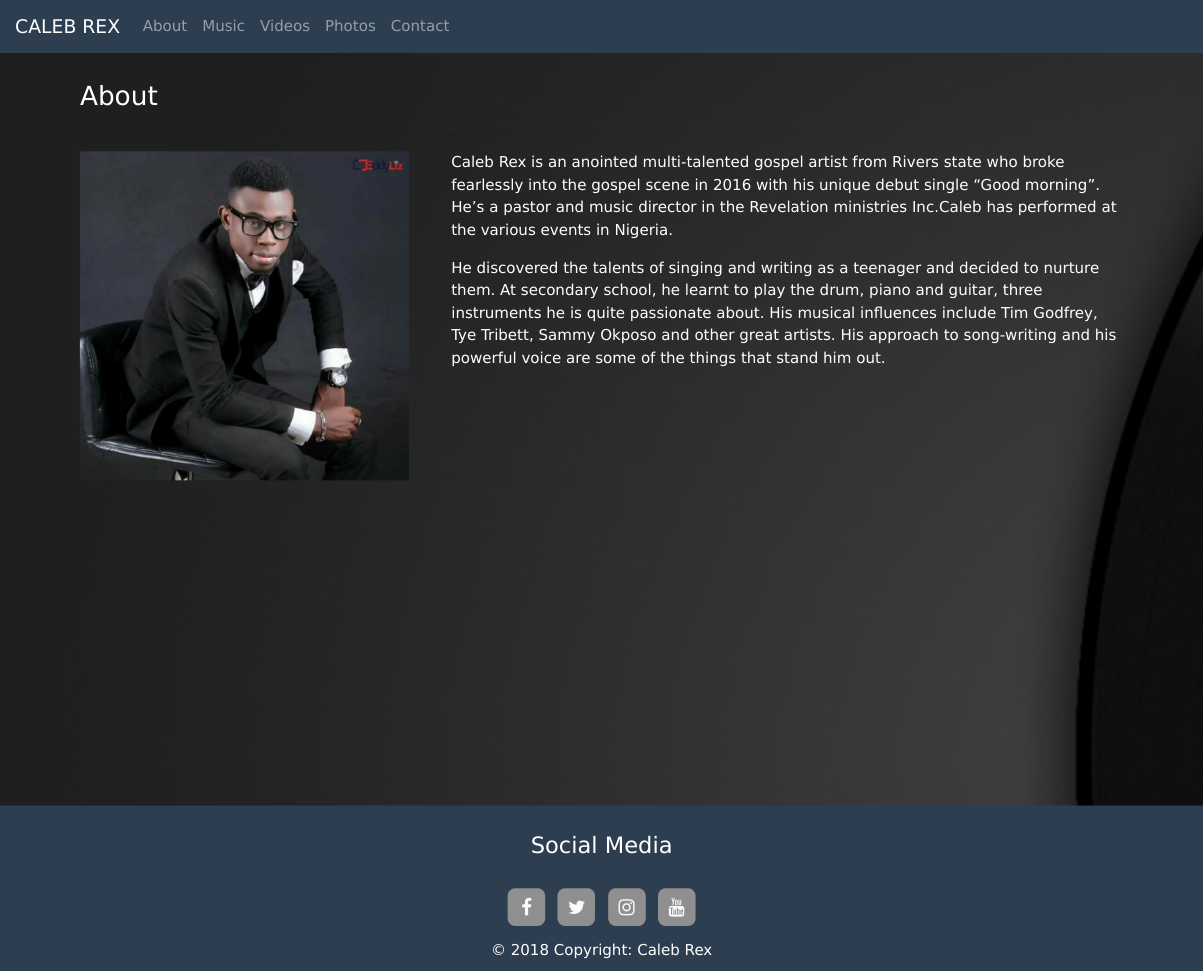
Repository: IchaTreasure/caleb-rex
Page: about.html
The author's editor kept a record of every edit. The page is drawn from the files as they stood at one moment, then again after the next edit.
The browser window is 1280 px wide. The pictures show the whole page, at 94% of full size.
Some web libraries are served in a nearby version.

Above is the page before.

### about.html
<!DOCTYPE html>
<html lang="en">

<head>
  <meta charset="UTF-8">
  <meta name="viewport" content="width=device-width, initial-scale=1.0">
  <meta http-equiv="X-UA-Compatible" content="ie=edge">
  <link rel="stylesheet" href="https://maxcdn.bootstrapcdn.com/bootstrap/4.1.3/css/bootstrap.min.css">
  <link rel="stylesheet" href="https://use.fontawesome.com/releases/v5.6.1/css/all.css" integrity="sha384-gfdkjb5BdAXd+lj+gudLWI+BXq4IuLW5IT+brZEZsLFm++aCMlF1V92rMkPaX4PP" crossorigin="anonymous">
  <link rel="stylesheet" href="https://stackpath.bootstrapcdn.com/bootstrap/4.3.1/css/bootstrap.min.css" type="text/css" />
  <link rel="stylesheet" href="https://stackpath.bootstrapcdn.com/font-awesome/4.7.0/css/font-awesome.min.css" type="text/css" />
  <link rel="stylesheet" href="https://cdnjs.cloudflare.com/ajax/libs/hover.css/2.3.1/css/hover-min.css" type="text/css" />
  <link href="https://fonts.googleapis.com/css?family=Roboto:400,700" rel="stylesheet">
  <link rel="stylesheet" href="css/style.css" type="text/css" />
  <title>Caleb Rex</title>
</head>

<body style="background-color: #2c3e50; background-image: url('images/photos-page.png'); Width: 100%;">
  <!-- ------------------------------------------------------------------------------------------------------Navigation Bar -->
  <nav class="navbar navbar-expand-md navbar-dark fixed-top" style="background-color: #2c3e50">
    <a class="navbar-brand" href="index.html">CALEB REX</a>
    <button class="navbar-toggler" type="button" data-toggle="collapse" data-target="#navbarsExampleDefault" aria-controls="navbarsExampleDefault" aria-expanded="false" aria-label="Toggle navigation">
    <span class="navbar-toggler-icon"></span>
  </button>

    <div class="collapse navbar-collapse" id="navbarsExampleDefault">
      <ul class="navbar-nav mr-auto">
        <li class="nav-item right" data-toggle="collapse" data-target=".navbar-collapse.show">
          <a class="nav-link" href="about.html" class='active-page'>About</a>
        </li>
        <li class="nav-item right" data-toggle="collapse" data-target=".navbar-collapse.show">
          <a class="nav-link" href="music.html">Music</a>
        </li>
        <li class="nav-item right" data-toggle="collapse" data-target=".navbar-collapse.show">
          <a class="nav-link" href="videos.html">Videos</a>
        </li>
        <li class="nav-item right" data-toggle="collapse" data-target=".navbar-collapse.show">
          <a class="nav-link" href="photos.html">Photos</a>
        </li>
        <li class="nav-item right" data-toggle="collapse" data-target=".navbar-collapse.show">
          <a class="nav-link" href="contact.html">Contact</a>
        </li>
      </ul>
    </div>
  </nav>


  <!-- About section -->
  <section style="background-color: #bc3636; background-image: url('images/photos-page.png'); Width: 100%;">
    <section>
    <!-- Page Content -->
    <div class="container" Style="padding-top: 30px">
      <div class="row">
        <h3 style="padding-left: 15px">About</h3>
      </div>
      <hr>
      <div class="row">
        <div class="col-md-4 mb-5">
          <img src="images/About-Caleb.jpg" Style="width: 100%"></img>
        </div>
        <div class="col-md-8 mb-5" Style="padding-left: 30px; padding-bottom: 400px;">
          <p>Caleb Rex is an anointed multi-talented gospel artist from Rivers state who broke fearlessly into the gospel scene in 2016 with his unique debut single “Good morning”. He’s a pastor and music director in the Revelation ministries Inc.Caleb has
            performed at the various events in Nigeria.</p>

          <p>He discovered the talents of singing and writing as a teenager and decided to nurture them. At secondary school, he learnt to play the drum, piano and guitar, three instruments he is quite passionate about. His musical influences include Tim
            Godfrey, Tye Tribett, Sammy Okposo and other great artists. His approach to song-writing and his powerful voice are some of the things that stand him out.</p>

        </div>
      </div>
    </div>
  </section>

  <!-- Footer -->
  <footer class="py-1" style="background-color: #2c3e50; text-align: center;">
    <div class="container">
      <br>
      <h4 style = "color: white">Social Media</h4>
      <br>
      <ul class="list-inline social-links">
        <li class="list-inline-item">
          <a target="_blank" href="https://www.facebook.com/caleb.rex.96"><i class = " fa fa-facebook" aria-hidden="true"></i><span class = "sr-only">Facebook</span></a>
        </li>
        <li class="list-inline-item">
          <a target="_blank" href="https://twitter.com/calebrex01"><i class = " fa fa-twitter" aria-hidden="true"></i><span class = "sr-only">Twitter</span></a>
        </li>
        <li class="list-inline-item">
          <a target="_blank" href="https://www.instagram.com/caleb.rex01/"><i class = " fa fa-instagram" aria-hidden="true"></i><span class = "sr-only">Instagram</span></a>
        </li>
        <li class="list-inline-item">
          <a target="_blank" href="https://www.youtube.com/channel/UC_B7e65upco510Sio9dZJhg"><i class = " fa fa-youtube" aria-hidden="true"></i><span class = "sr-only">Youtube</span></a>
        </li>
      </ul>
    </div>

    <h6 style="text-align: center; color: white;">© 2018 Copyright: Caleb Rex</h6>
    <!-- /.container -->
  </footer>
  <!-- Bootstrap core JavaScript -->
  <script src="https://code.jquery.com/jquery-3.3.1.slim.min.js" integrity="sha384-q8i/X+965DzO0rT7abK41JStQIAqVgRVzpbzo5smXKp4YfRvH+8abtTE1Pi6jizo" crossorigin="anonymous"></script>
  <script src="https://cdnjs.cloudflare.com/ajax/libs/popper.js/1.14.7/umd/popper.min.js" integrity="sha384-UO2eT0CpHqdSJQ6hJty5KVphtPhzWj9WO1clHTMGa3JDZwrnQq4sF86dIHNDz0W1" crossorigin="anonymous"></script>
  <script src="https://stackpath.bootstrapcdn.com/bootstrap/4.3.1/js/bootstrap.min.js" integrity="sha384-JjSmVgyd0p3pXB1rRibZUAYoIIy6OrQ6VrjIEaFf/nJGzIxFDsf4x0xIM+B07jRM" crossorigin="anonymous"></script>

</body>

</html>

### css/style.css
/*---------------------------- css for body */
body {
  font-family: 'Lucida Grande', sans-serif;
  padding-top: 56px;
}

ul li a .active-page
{
  background-color:black;
}

p{
	color: white;
}

h1, h2, h3, h4, h5, h6 {
	color: white;
}

label{
	color: white;
}

/*----------------------------------------- Modal Styling */
.modal-body{
    color: #615650;
    text-align: center;
}

.modal-content{
    background-color: #dbc7bd;
    padding: 20px;
}

.img-hover:hover{
    cursor: pointer;
    opacity: 0.6;
    transition: all 0.35s ease-in-out;
    -moz-transition: all 0.35s ease-in-out;
    -webkit-transition: all 0.35s ease-in-out;
    -o-transition: all 0.35s ease-in-out;
}

/*---------------------------- css for contact form*/
.form-style-1 {
	margin:10px auto;
	max-width: 400px;
	padding: 20px 12px 10px 20px;
	font: 13px "Lucida Sans Unicode", "Lucida Grande", sans-serif;
}
.form-style-1 li {
	padding: 0;
	display: block;
	list-style: none;
	margin: 10px 0 0 0;
}
.form-style-1 label{
	margin:0 0 3px 0;
	padding:0px;
	display:block;
	font-weight: bold;
}
.form-style-1 input[type=text],
.form-style-1 input[type=date],
.form-style-1 input[type=datetime],
.form-style-1 input[type=number],
.form-style-1 input[type=search],
.form-style-1 input[type=time],
.form-style-1 input[type=url],
.form-style-1 input[type=email],
textarea,
select{
	box-sizing: border-box;
	-webkit-box-sizing: border-box;
	-moz-box-sizing: border-box;
	border:1px solid #BEBEBE;
	padding: 7px;
	margin:0px;
	-webkit-transition: all 0.30s ease-in-out;
	-moz-transition: all 0.30s ease-in-out;
	-ms-transition: all 0.30s ease-in-out;
	-o-transition: all 0.30s ease-in-out;
	outline: none;
}

.form-style-1 input[type=text]:focus,
.form-style-1 input[type=date]:focus,
.form-style-1 input[type=datetime]:focus,
.form-style-1 input[type=number]:focus,
.form-style-1 input[type=search]:focus,
.form-style-1 input[type=time]:focus,
.form-style-1 input[type=url]:focus,
.form-style-1 input[type=email]:focus,
.form-style-1 textarea:focus,
.form-style-1 select:focus{
	-moz-box-shadow: 0 0 8px #88D5E9;
	-webkit-box-shadow: 0 0 8px #88D5E9;
	box-shadow: 0 0 8px #88D5E9;
	border: 1px solid #88D5E9;
}

.form-style-1 .field-divided{
	width: 49%;
}

.form-style-1 .field-long{
	width: 100%;
}
.form-style-1 .field-select{
	width: 100%;
}
.form-style-1 .field-textarea{
	height: 100px;
}
.form-style-1 input[type=submit], .form-style-1 input[type=button]{
	background: #4B99AD;
	padding: 8px 15px 8px 15px;
	border: none;
	color: #fff;
}

.form-style-1 input[type=submit]:hover, .form-style-1 input[type=button]:hover{
	background: #4691A4;
	box-shadow:none;
	-moz-box-shadow:none;
	-webkit-box-shadow:none;
}

.form-style-1 .required{
	color:red;
}

/*---------------------------- css for footer*/
footer {
  background-color: #7D0D11;
  color: black;
}

.social-links li a i {
  width: 40px;
  height: 40px;
  padding: 10px;
  border-radius: 20%;
  font-size: 20px;
  line-height: 20px;
  text-align: center;
  color: #fafafa;
  background: #8f8f8f;
  transition: all 0.35s ease-in-out;
  -moz-transition: all 0.35s ease-in-out;
  -webkit-transition: all 0.35s ease-in-out;
  -o-transition: all 0.35s ease-in-out;
}

.social-links li a i:hover {
  background: black;
}

After the next edit:
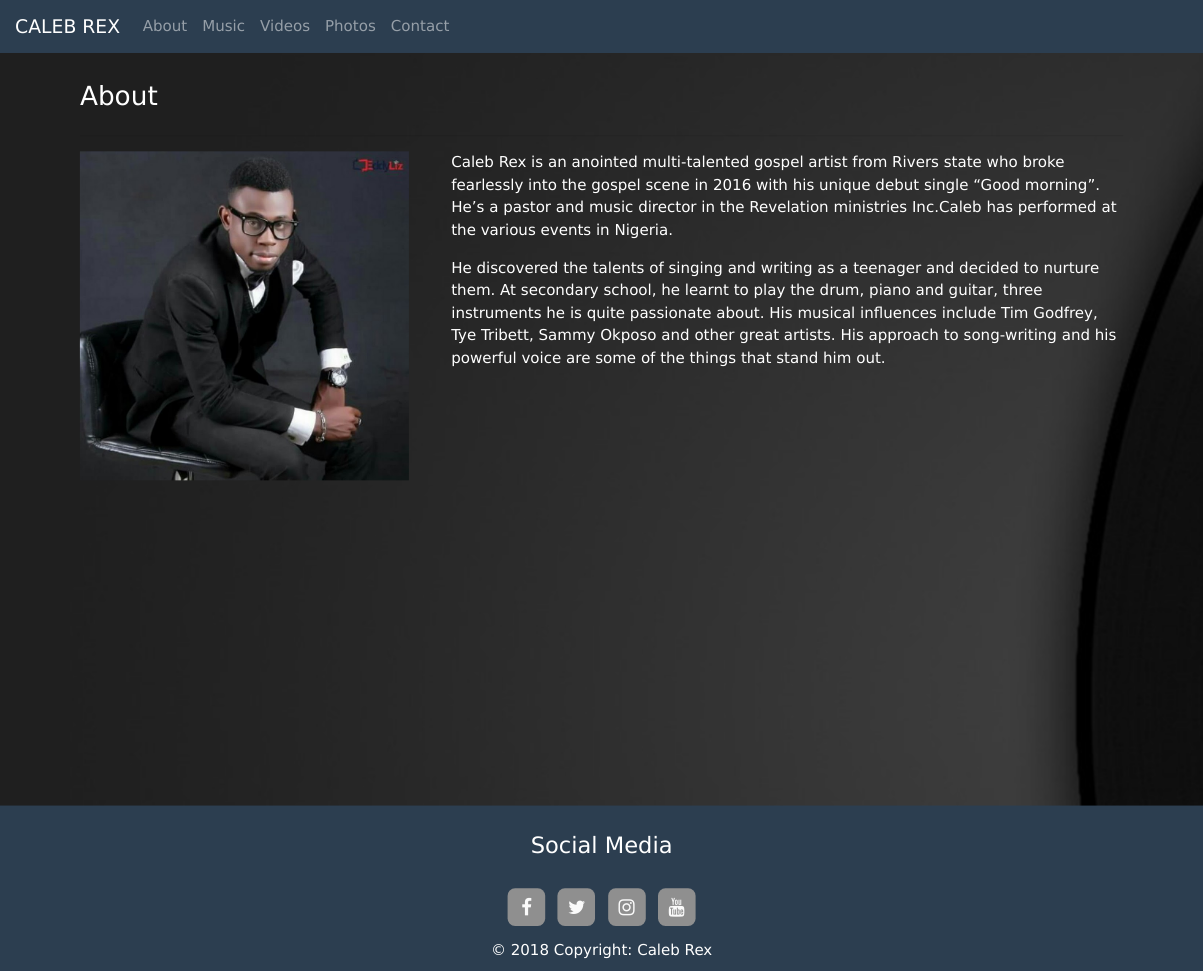
The edit:
--- a/about.html
+++ b/about.html
@@ -45,8 +45,8 @@
   </nav>
 
 
-  <!-- About section -->
-  <section style="background-color: #bc3636; background-image: url('images/photos-page.png'); Width: 100%;">
+  <!-- About section
+  <section style="background-color: #bc3636; background-image: url('images/photos-page.png'); Width: 100%;"> -->
     <section>
     <!-- Page Content -->
     <div class="container" Style="padding-top: 30px">
